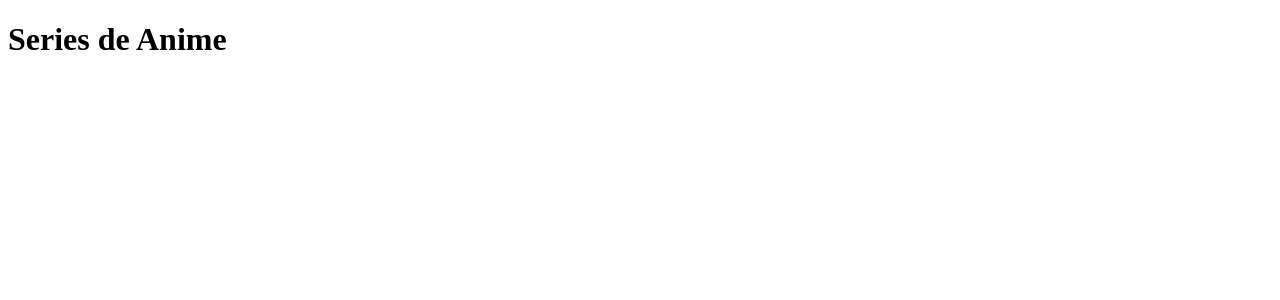
Repository: jhonenmanuel1/movies-get-info-fetch
Page: /
The author's editor kept a copy of each file at every save. The page is drawn from the files as they stood at one save, then again after the next save.
The browser window is 1280 px wide. The pictures show the whole page.
The project was rebuilt for these pictures with package versions that can differ from the ones it lists, and the page was loaded fresh each time. Also part of the build but not shown: src/App.css.

Above is the page before, as saved 2022-06-12 19:12:33.

After the next save:
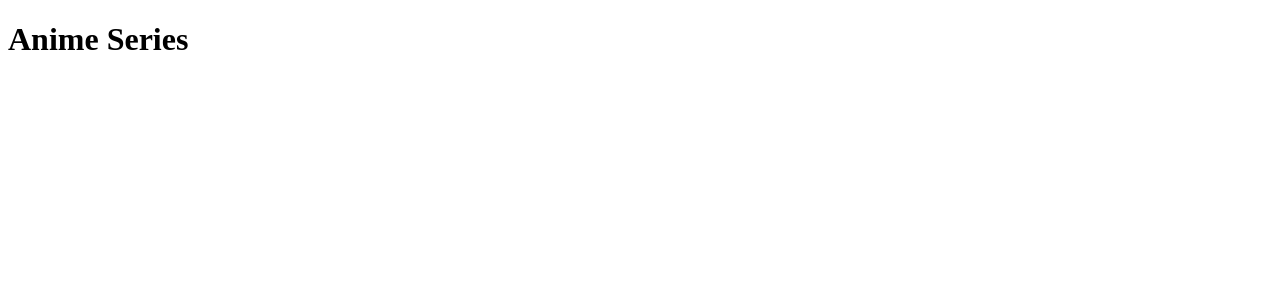
Saved 4 min 51 s later.
--- a/src/App.js
+++ b/src/App.js
@@ -5,7 +5,16 @@ import "./App.css";
 function App() {
   return (
     <>
-      <h1>Series de Anime</h1>
+    <header>
+      <h1>Anime Series</h1>
+    </header>
+      <main>
+
+      </main>
+
+    <footer>
+
+    </footer>
     </>
   );
 }
